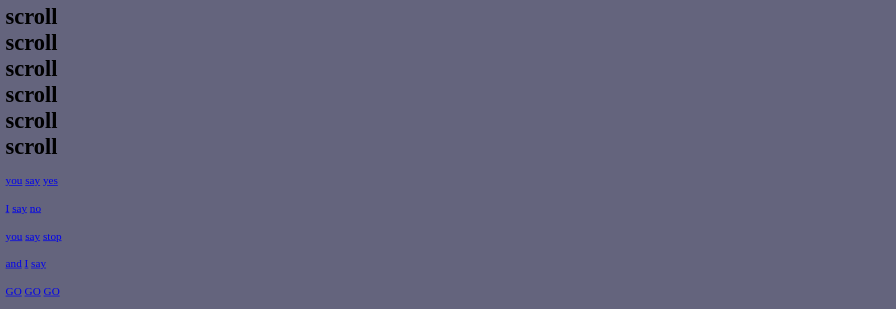
Repository: dominiquedevito/dominiquedevito.github.io
Page: 5compositions/composition2.html
The author's editor kept a record of every edit. The page is drawn from the files as they stood at one moment, then again after the next edit.
The browser window is 1280 px wide. The pictures show the part of the page from y = 448 to 2368 px (the page is 890 px tall before and 7200 px after), at 70% of full size.

Above is the page before.

After the next edit:
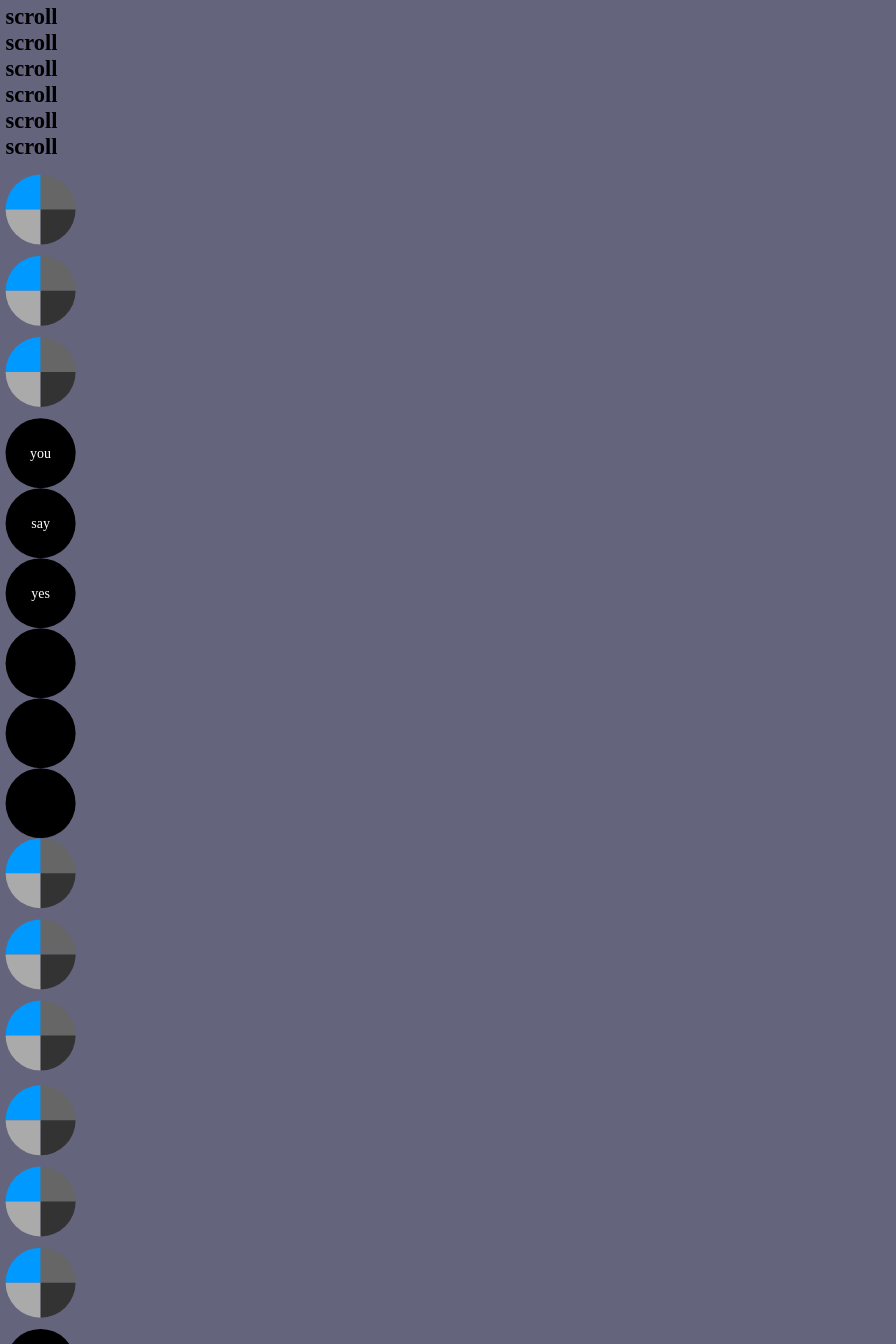
The edit:
--- a/5compositions/composition2.html
+++ b/5compositions/composition2.html
@@ -2,8 +2,9 @@
 <html>
 	<head>
 		<title>Composition 2</title>
-			<link href="2styles.css" rel="stylessheet">
+
 	</head>
+	<link href="2styles.css" rel="stylesheet">
 	<body>
 <body bgcolor="#64647D">
 	<a href="composition3.html">Go to Composition 3</a>
